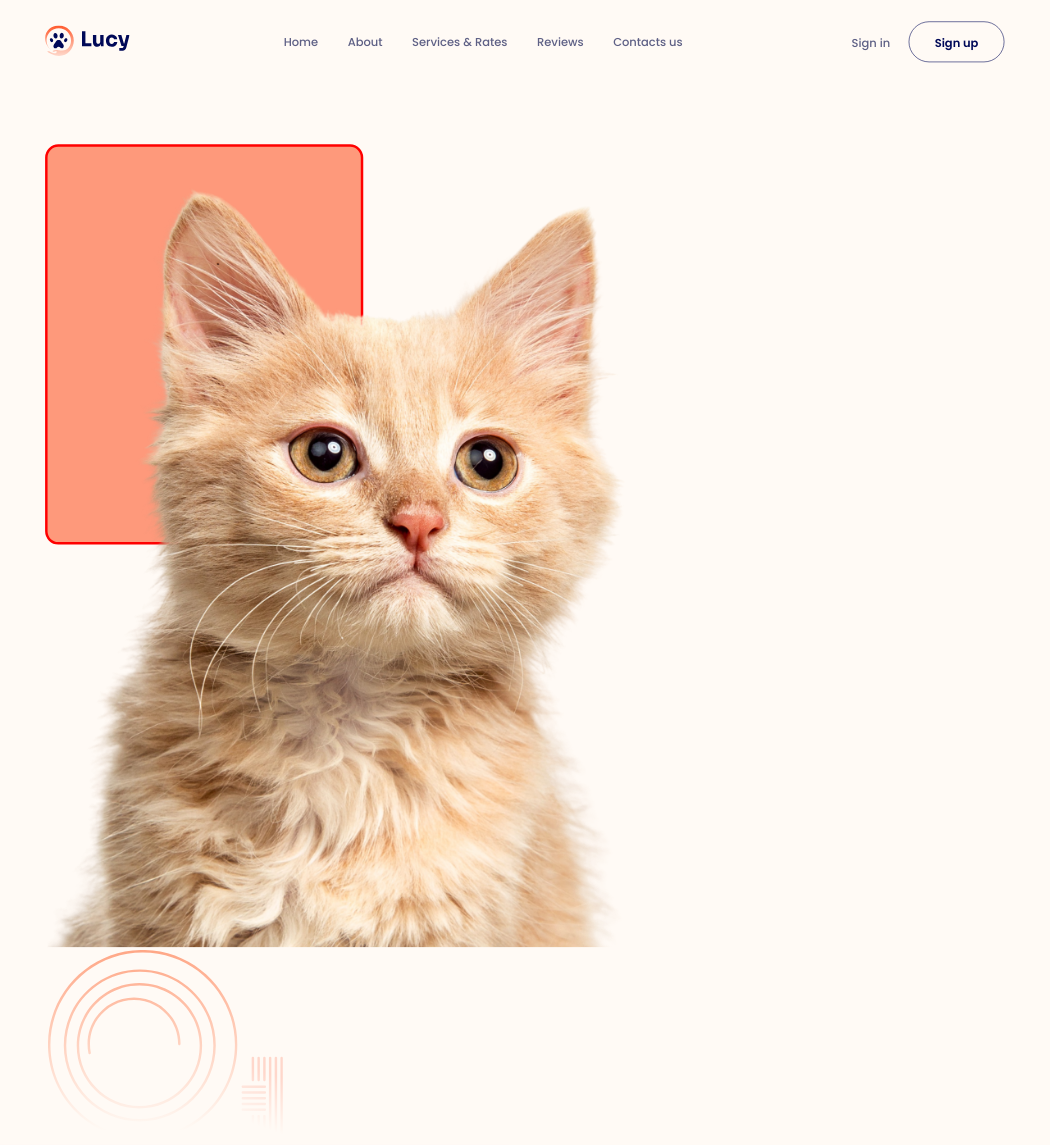
Repository: empty24062002/f8-project-05
Page: index.html
The author's editor kept a copy of each file at every save. The page is drawn from the files as they stood at one save, then again after the next save.
The browser window is 1280 px wide. The pictures show the whole page, at 82% of full size.

Above is the page before, as saved 2023-09-09 17:17:23.

After the next save:
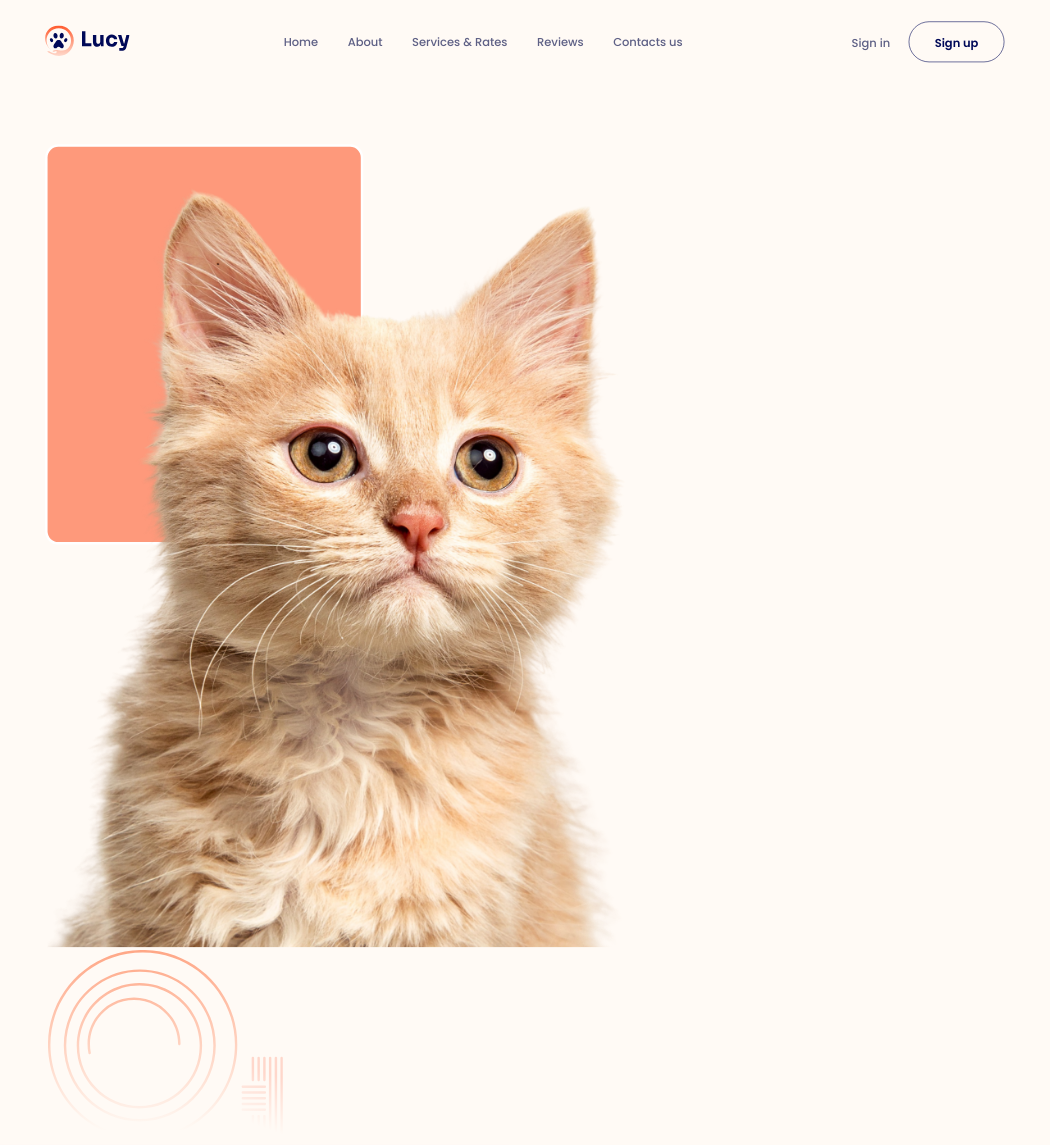
Saved 8 s later.
--- a/assets/css/styles.css
+++ b/assets/css/styles.css
@@ -109,7 +109,7 @@ a {
 .hero__img-wrap {
     width: 388px;
     height: 488px;
-    border: 3px solid red;
+    border: 3px solid #fff;
     border-radius: 16px;
     background: #fe997b;
 }
